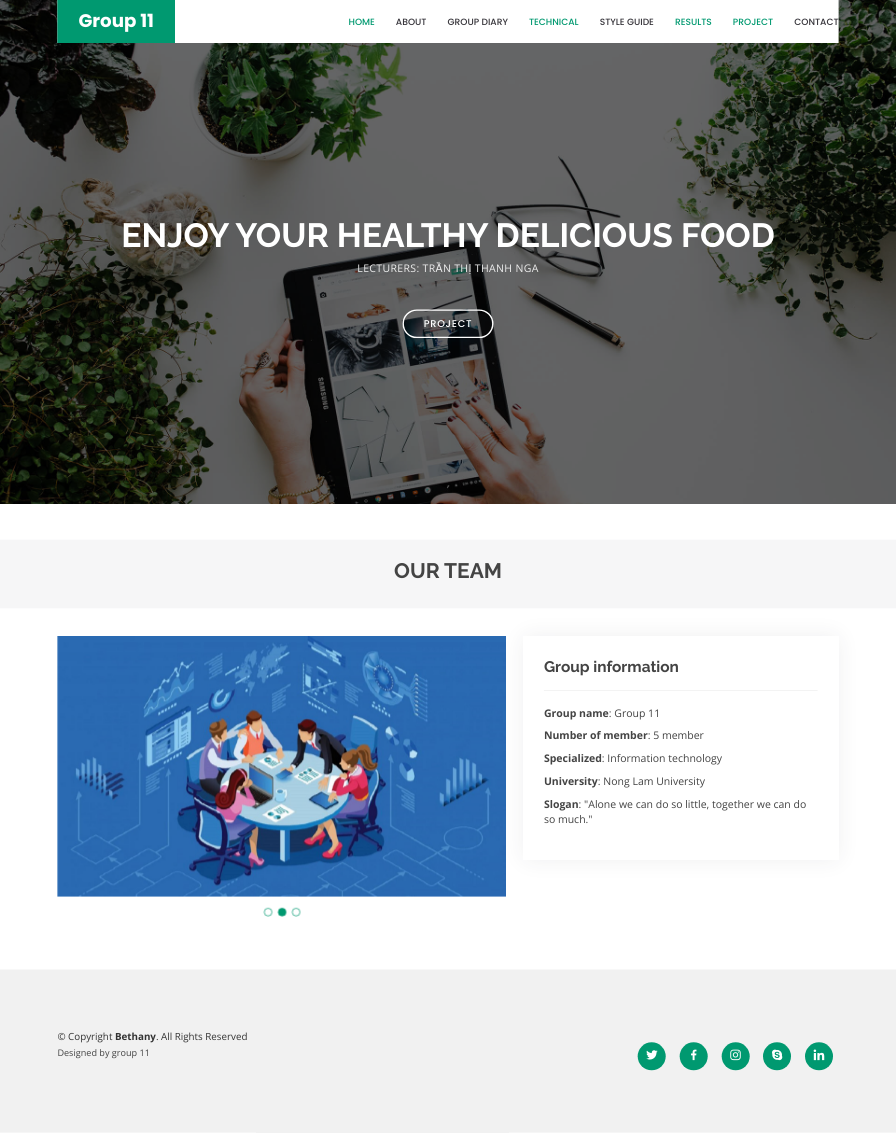
Repository: HoangKhangKhuPho4/Group_Web
Page: index.html
An editor plug-in stored every save of this project. The page is shown before and after the next save, followed by the edit.
The browser window is 1280 px wide. The pictures show the whole page, at 70% of full size.
Backgrounds fixed to the window are drawn as part of the page.

Above is the page before, as saved 2024-10-19 22:49:52.

### index.html
<!DOCTYPE html>
<html lang="en">

<head>
    <meta charset="utf-8">
    <meta content="width=device-width, initial-scale=1.0" name="viewport">

    <title>Group 11</title>
    <meta content="" name="description">
    <meta content="" name="keywords">

    <!-- Favicons -->
    <link href="assets/img/favicon.png" rel="icon">
    <link href="assets/img/apple-touch-icon.png" rel="apple-touch-icon">

    <!-- Google Fonts -->
    <link href="https://fonts.googleapis.com/css?family=Open+Sans:300,300i,400,400i,600,600i,700,700i|Raleway:300,300i,400,400i,500,500i,600,600i,700,700i|Poppins:300,300i,400,400i,500,500i,600,600i,700,700i" rel="stylesheet">

    <!-- Vendor CSS Files -->
    <link href="assets/vendor/aos/aos.css" rel="stylesheet">
    <link href="assets/vendor/bootstrap/css/bootstrap.min.css" rel="stylesheet">
    <link href="assets/vendor/bootstrap-icons/bootstrap-icons.css" rel="stylesheet">
    <link href="assets/vendor/boxicons/css/boxicons.min.css" rel="stylesheet">
    <link href="assets/vendor/glightbox/css/glightbox.min.css" rel="stylesheet">
    <link href="assets/vendor/remixicon/remixicon.css" rel="stylesheet">
    <link href="assets/vendor/swiper/swiper-bundle.min.css" rel="stylesheet">

    <!-- Template Main CSS File -->
    <link href="assets/css/style.css" rel="stylesheet">

    <!-- =======================================================
  * Template Name: Bethany - v4.7.0
  * Template URL: https://bootstrapmade.com/bethany-free-onepage-bootstrap-theme/
  * Author: BootstrapMade.com
  * License: https://bootstrapmade.com/license/
  ======================================================== -->
</head>

<body>

    <!-- ======= Header ======= -->
    <header id="header" class="fixed-top d-flex align-items-center">
        <div class="container">
            <div class="header-container d-flex align-items-center justify-content-between">
                <div class="logo">
                    <h1 class="text-light"><a href="index.html"><span>Group 11</span></a></h1>
                    <!-- Uncomment below if you prefer to use an image logo -->
                    <!-- <a href="index.html"><img src="assets/img/logo.png" alt="" class="img-fluid"></a>-->
                </div>

                <nav id="navbar" class="navbar">
                    <ul>
                        <li><a class="nav-link scrollto active" href="index.html">Home</a></li>
                        <li><a class="nav-link scrollto " href="about.html">About</a></li>
                        <li><a class="nav-link scrollto" href="groupDiary.html">Group diary</a></li>
                        <li><a class="nav-link scrollto active" href="technical.html">Technical</a></li>
                        <li><a class="nav-link scrollto " href="styleguide.html">Style Guide</a></li>
                        <li><a class="nav-link scrollto active" href="results.html">Results</a></li>
                        <li><a class="nav-link scrollto active" href="project.html">Project</a></li>
                        <li><a class="nav-link scrollto " href="contact.html">Contact</a></li>

                    </ul>
                    <i class="bi bi-list mobile-nav-toggle"></i>
                </nav>
                <!-- .navbar -->

            </div>
            <!-- End Header Container -->
        </div>
    </header>
    <!-- End Header -->

    <!-- ======= Hero Section ======= -->
    <section id="hero" class="d-flex align-items-center">
        <div class="container text-center position-relative" data-aos="fade-in" data-aos-delay="200">
            <h1>ENJOY YOUR HEALTHY
              DELICIOUS FOOD</h1>
            <h2>Lecturers: Trần Thị Thanh Nga</h2>
            <a href=" https://caominhhieu22130081.github.io/nhom11-giaotiepnguoimay-master/" target="_blank" class="btn-get-started scrollto">Project</a>
        </div>
    </section>
    <!-- End Hero -->

<!-- ======= Breadcrumbs ======= -->
<section id="breadcrumbs" class="breadcrumbs" style="margin-top: 4%;">

    <div class="container">

                <h2 style="font-size:30px;text-align: center;height: 60px; padding: 15px 30px;"><b>OUR TEAM</b></h2>

        </div>



    </div>
  </section><!-- End Breadcrumbs -->

  <!-- ======= Portfolio Details Section ======= -->
  <section id="portfolio-details" class="portfolio-details">
    <div class="container">

      <div class="row gy-4">

        <div class="col-lg-7">
          <div class="portfolio-details-slider swiper">
            <div class="swiper-wrapper align-items-center">

              <div class="swiper-slide">
                <img src="assets/img/portfolio/portfolio-details-1.jpg" alt="">
              </div>

              <div class="swiper-slide">
                <img src="assets/img/portfolio/portfolio-details-2.jpg" alt="">
              </div>

              <div class="swiper-slide">
                <img src="assets/img/portfolio/portfolio-details-3.jpg" alt="">
              </div>

            </div>
            <div class="swiper-pagination"></div>
          </div>
        </div>

        <div class="col-lg-5">
          <div class="portfolio-info">
            <h3>Group information</h3>
            <ul>
              <li><strong>Group name</strong>: Group 11</li>
              <li><strong>Number of member</strong>: 5 member</li>
              <li><strong>Specialized</strong>: Information technology</li>
              <li><strong>University</strong>: Nong Lam University</li>
              <li><strong>Slogan</strong>: "Alone we can do so little, together we can do so much."</li>
            </ul>
          </div>

        </div>

      </div>

    </div>
  </section><!-- End Portfolio Details Section -->




    <main id="main">
        <!-- ======= Footer ======= -->
        <!-- ======= Footer ======= -->
        <footer id="footer">
            <div class="container d-md-flex py-4">

                <div class="me-md-auto text-center text-md-start">
                    <div class="copyright">
                        &copy; Copyright <strong><span>Bethany</span></strong>. All Rights Reserved
                    </div>
                    <div class="credits">
                        <!-- All the links in the footer should remain intact. -->
                        <!-- You can delete the links only if you purchased the pro version. -->
                        <!-- Licensing information: https://bootstrapmade.com/license/ -->
                        <!-- Purchase the pro version with working PHP/AJAX contact form: https://bootstrapmade.com/bethany-free-onepage-bootstrap-theme/ -->
                        Designed by group 11
                    </div>
                </div>
                <div class="social-links text-center text-md-right pt-3 pt-md-0">
                    <a href="#" class="twitter"><i class="bx bxl-twitter"></i></a>
                    <a href="#" class="facebook"><i class="bx bxl-facebook"></i></a>
                    <a href="#" class="instagram"><i class="bx bxl-instagram"></i></a>
                    <a href="#" class="google-plus"><i class="bx bxl-skype"></i></a>
                    <a href="#" class="linkedin"><i class="bx bxl-linkedin"></i></a>
                </div>
            </div>
        </footer>
        <!-- End Footer -->
        <a href="#" class="back-to-top d-flex align-items-center justify-content-center"><i class="bi bi-arrow-up-short"></i></a>

        <!-- Vendor JS Files -->
        <script src="assets/vendor/purecounter/purecounter.js"></script>
        <script src="assets/vendor/aos/aos.js"></script>
        <script src="assets/vendor/bootstrap/js/bootstrap.bundle.min.js"></script>
        <script src="assets/vendor/glightbox/js/glightbox.min.js"></script>
        <script src="assets/vendor/isotope-layout/isotope.pkgd.min.js"></script>
        <script src="assets/vendor/swiper/swiper-bundle.min.js"></script>
        <script src="assets/vendor/php-email-form/validate.js"></script>

        <!-- Template Main JS File -->
        <script src="assets/js/main.js"></script>

</body>

</html>

Loaded but not shown: assets/vendor/aos/aos.css (library); assets/vendor/bootstrap/css/bootstrap.min.css (library); assets/vendor/bootstrap-icons/bootstrap-icons.css (library); assets/vendor/boxicons/css/boxicons.min.css (library); assets/vendor/glightbox/css/glightbox.min.css (library); assets/vendor/remixicon/remixicon.css (library); assets/vendor/swiper/swiper-bundle.min.css (library); assets/vendor/purecounter/purecounter.js (library); assets/vendor/aos/aos.js (library); assets/vendor/bootstrap/js/bootstrap.bundle.min.js (library); assets/vendor/glightbox/js/glightbox.min.js (library); assets/vendor/isotope-layout/isotope.pkgd.min.js (library); assets/vendor/swiper/swiper-bundle.min.js (library); assets/vendor/php-email-form/validate.js (common file); assets/js/main.js (252 lines, source omitted); assets/css/style.css (1467 lines, source omitted)

After the next save:
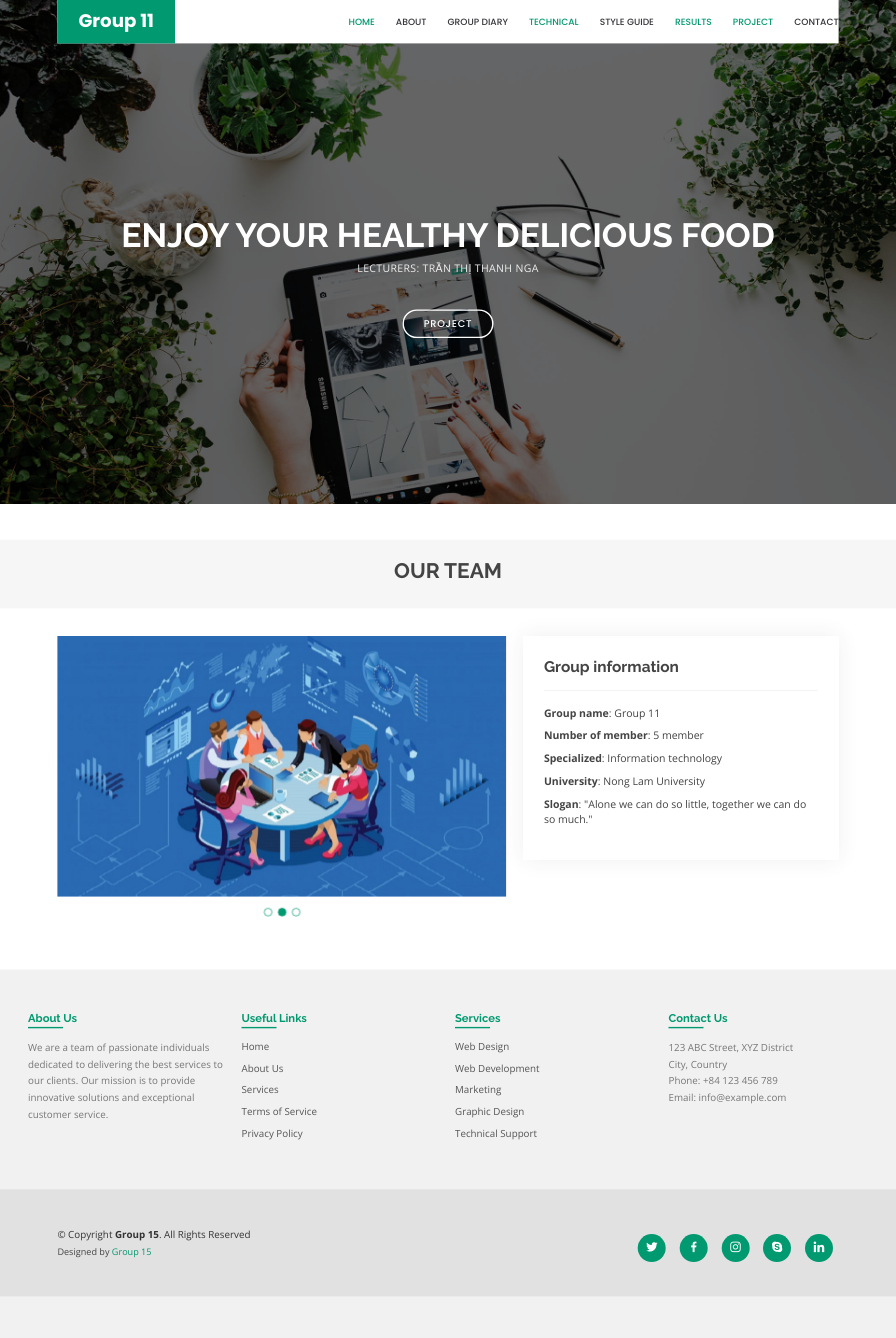
Saved 6 min 36 s later.
--- a/index.html
+++ b/index.html
@@ -147,30 +147,63 @@
     <main id="main">
         <!-- ======= Footer ======= -->
         <!-- ======= Footer ======= -->
+        <!-- ======= Footer ======= -->
         <footer id="footer">
-            <div class="container d-md-flex py-4">
-
-                <div class="me-md-auto text-center text-md-start">
-                    <div class="copyright">
-                        &copy; Copyright <strong><span>Bethany</span></strong>. All Rights Reserved
-                    </div>
-                    <div class="credits">
-                        <!-- All the links in the footer should remain intact. -->
-                        <!-- You can delete the links only if you purchased the pro version. -->
-                        <!-- Licensing information: https://bootstrapmade.com/license/ -->
-                        <!-- Purchase the pro version with working PHP/AJAX contact form: https://bootstrapmade.com/bethany-free-onepage-bootstrap-theme/ -->
-                        Designed by group 11
-                    </div>
-                </div>
-                <div class="social-links text-center text-md-right pt-3 pt-md-0">
-                    <a href="#" class="twitter"><i class="bx bxl-twitter"></i></a>
-                    <a href="#" class="facebook"><i class="bx bxl-facebook"></i></a>
-                    <a href="#" class="instagram"><i class="bx bxl-instagram"></i></a>
-                    <a href="#" class="google-plus"><i class="bx bxl-skype"></i></a>
-                    <a href="#" class="linkedin"><i class="bx bxl-linkedin"></i></a>
-                </div>
-            </div>
-        </footer>
+          <div class="footer-container">
+              <div class="footer-column">
+                  <h4>About Us</h4>
+                  <p>We are a team of passionate individuals dedicated to delivering the best services to our clients. Our mission is to provide innovative solutions and exceptional customer service.</p>
+              </div>
+              <div class="footer-column">
+                  <h4>Useful Links</h4>
+                  <ul>
+                      <li><a href="#">Home</a></li>
+                      <li><a href="#">About Us</a></li>
+                      <li><a href="#">Services</a></li>
+                      <li><a href="#">Terms of Service</a></li>
+                      <li><a href="#">Privacy Policy</a></li>
+                  </ul>
+              </div>
+              <div class="footer-column">
+                  <h4>Services</h4>
+                  <ul>
+                      <li><a href="#">Web Design</a></li>
+                      <li><a href="#">Web Development</a></li>
+                      <li><a href="#">Marketing</a></li>
+                      <li><a href="#">Graphic Design</a></li>
+                      <li><a href="#">Technical Support</a></li>
+                  </ul>
+              </div>
+              <div class="footer-column">
+                  <h4>Contact Us</h4>
+                  <p>
+                      123 ABC Street, XYZ District<br>
+                      City, Country<br>
+                      Phone: +84 123 456 789<br>
+                      Email: info@example.com
+                  </p>
+              </div>
+          </div>
+          <div class="footer-bottom">
+              <div class="container d-md-flex py-4">
+                  <div class="me-md-auto text-center text-md-start">
+                      <div class="copyright">
+                          &copy; Copyright <strong><span>Group 15</span></strong>. All Rights Reserved
+                      </div>
+                      <div class="credits">
+                          Designed by <a href="#">Group 15</a>
+                      </div>
+                  </div>
+                  <div class="social-links text-center text-md-right pt-3 pt-md-0">
+                      <a href="#" class="twitter" title="Twitter"><i class="bx bxl-twitter"></i></a>
+                      <a href="#" class="facebook" title="Facebook"><i class="bx bxl-facebook"></i></a>
+                      <a href="#" class="instagram" title="Instagram"><i class="bx bxl-instagram"></i></a>
+                      <a href="#" class="google-plus" title="Skype"><i class="bx bxl-skype"></i></a>
+                      <a href="#" class="linkedin" title="LinkedIn"><i class="bx bxl-linkedin"></i></a>
+                  </div>
+              </div>
+          </div>
+      </footer>
         <!-- End Footer -->
         <a href="#" class="back-to-top d-flex align-items-center justify-content-center"><i class="bi bi-arrow-up-short"></i></a>
 
